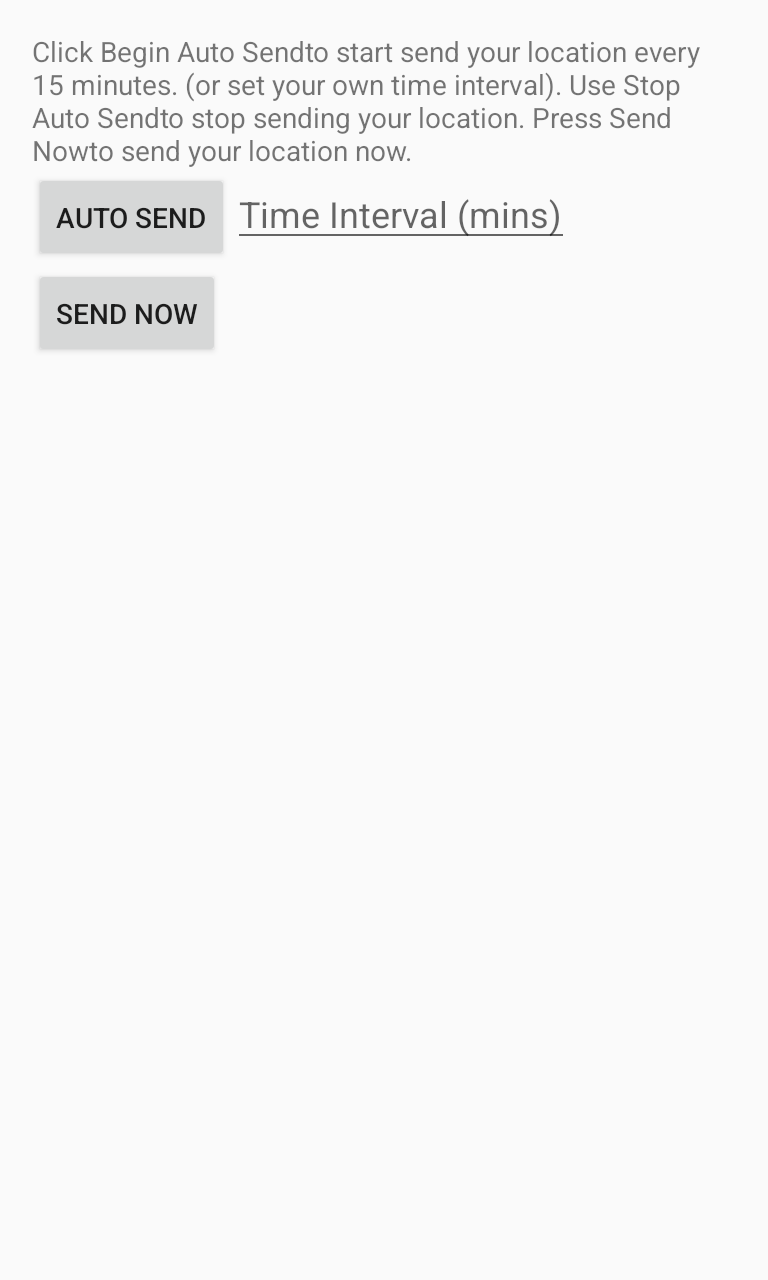
Repository: haidark/rahat
Layout: android/Rahat/res/layout/fragment_main.xml
An editor plug-in stored every save of this project. The layout is shown before and after the next save, followed by the edit.
It is drawn on a 768 x 1280 px phone screen (xhdpi) without system bars, with theme AppTheme; the app's code is not run.

Above is the layout before, as saved 2014-05-01 23:38:33.

After the next save:
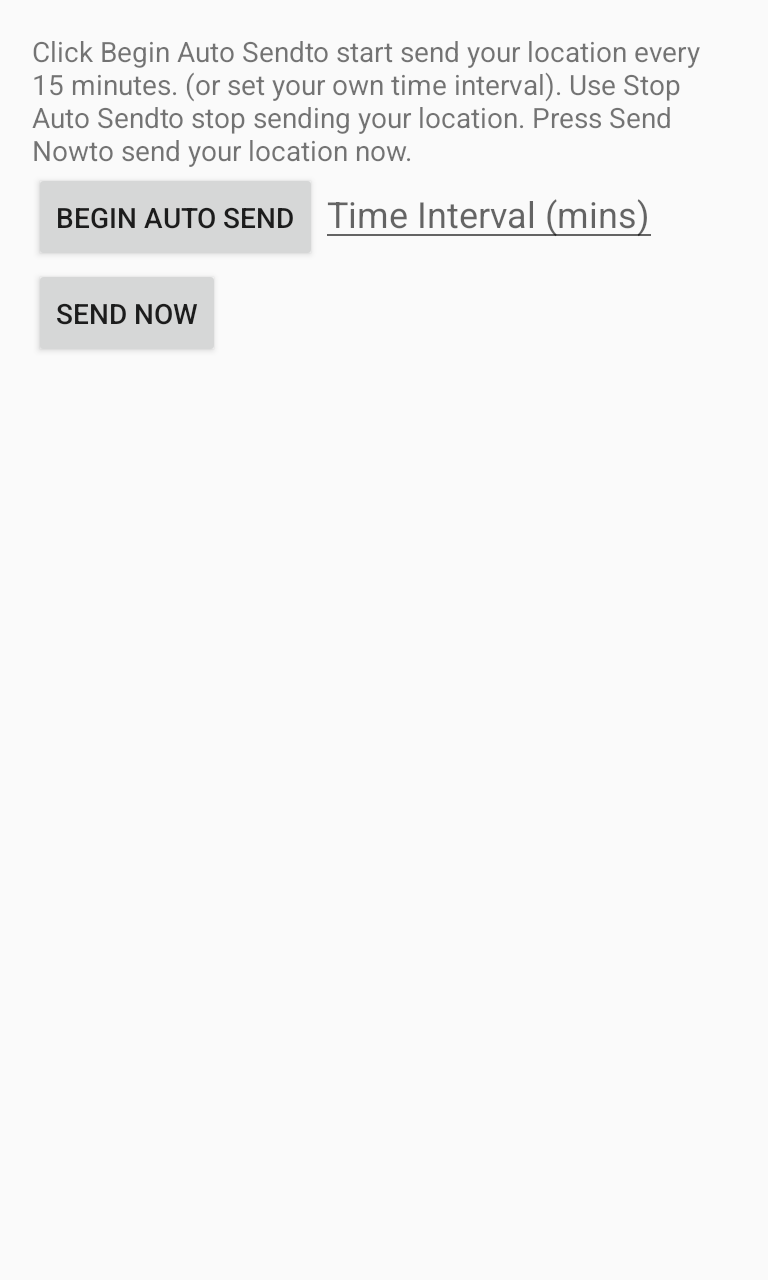
Saved 24 s later.
--- a/android/Rahat/res/values/strings.xml
+++ b/android/Rahat/res/values/strings.xml
@@ -12,6 +12,7 @@
 	    </string>
 	<string name="text_scroll"></string>
 	<string name="button_send">Send Now</string>
-	<string name="button_service">Auto Send</string>
+	<string name="button_service">Begin Auto Send</string>
+	<string name="button_stop">Stop Auto Send</string>
 	<string name="title_activity_main">MainActivity</string>
 </resources>
